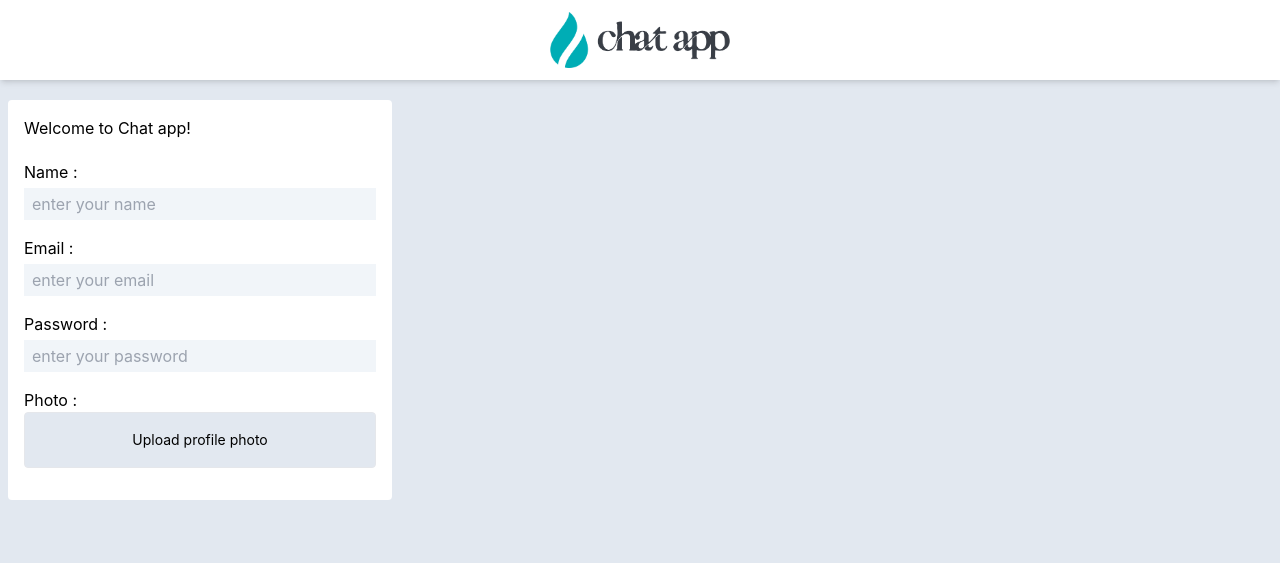
Repository: TharsikanV/chat-app
Page: /register (app in client/)
These files come from the project's save history. The page is drawn as it stood at one moment and after a run of saves; the edit follows.
The browser window is 1280 px wide. The pictures show the whole page.
The project was rebuilt for these pictures with package versions that can differ from the ones it lists, and the page was loaded fresh each time. Also part of the build but not shown: client/src/App.css, client/src/pages/Home.js, client/src/components/MessagePage.js. Imported but missing from the stored project, and not drawn on this page: client/src/pages/CheckEmailPage, client/src/pages/CheckPasswordPage.

Above is the page before, as saved 2024-06-16 21:06:51.

After the next 2 saves:
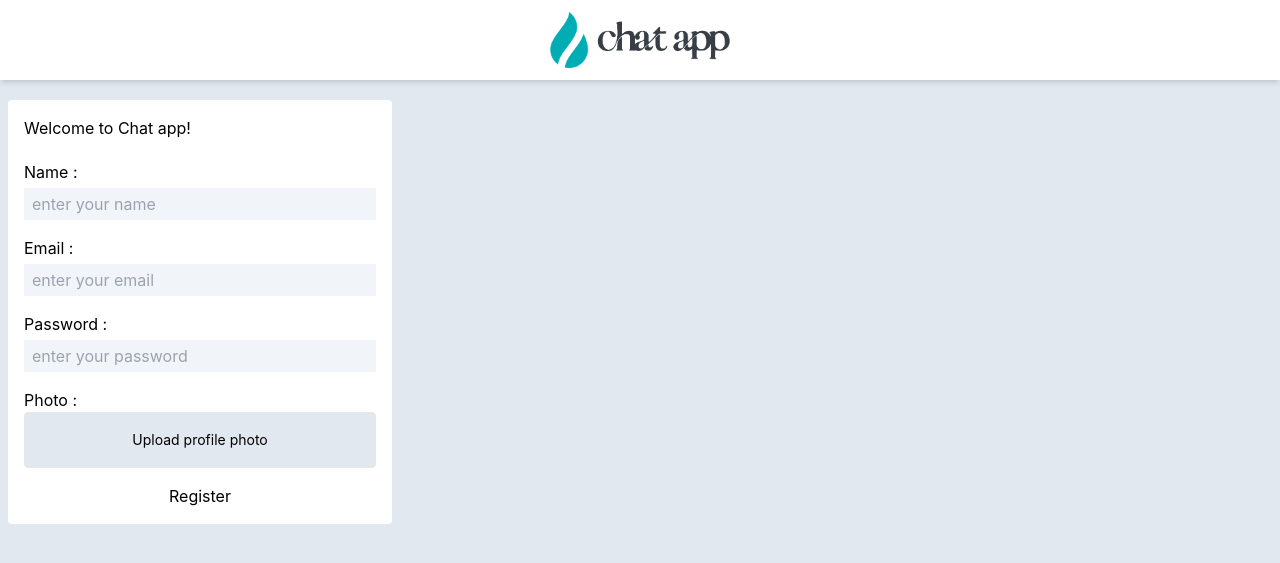
The 2 saves are shown as one change because they came seconds apart.
The last was saved 8 s later.
--- a/client/src/pages/RegisterPage.js
+++ b/client/src/pages/RegisterPage.js
@@ -111,7 +111,7 @@ const RegisterPage = () => {
               </div>
 
               <button >
-
+                  Register
               </button>
       </form>
       </div>
